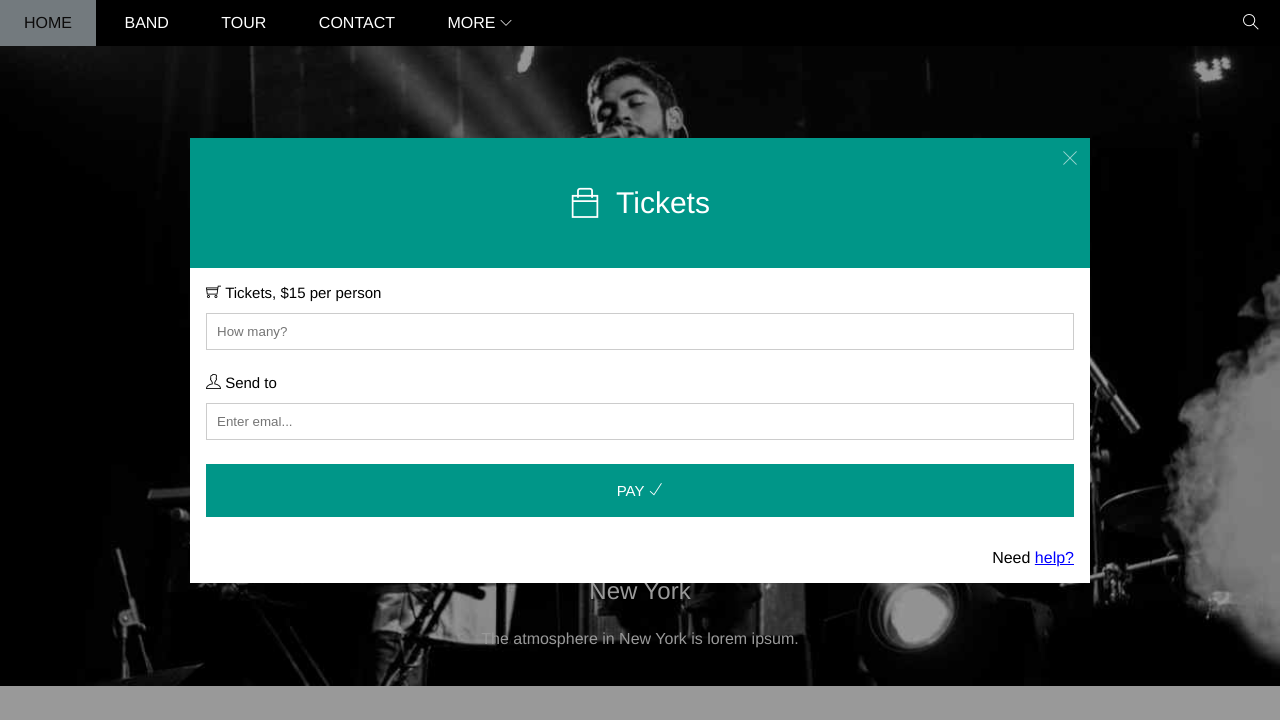
Repository: anhviet-key/hello-cac-ban
Page: HTMS_CSS ZERO 0/index.html
These files come from the project's save history. The page is drawn as it stood at one moment and after the next save; the edit follows.
The browser window is 1280 px wide. The pictures show the window.
A layer covers the whole window, so only the first screen is drawn.

Above is the page before, as saved 2021-10-07 22:40:38.

After the next save:
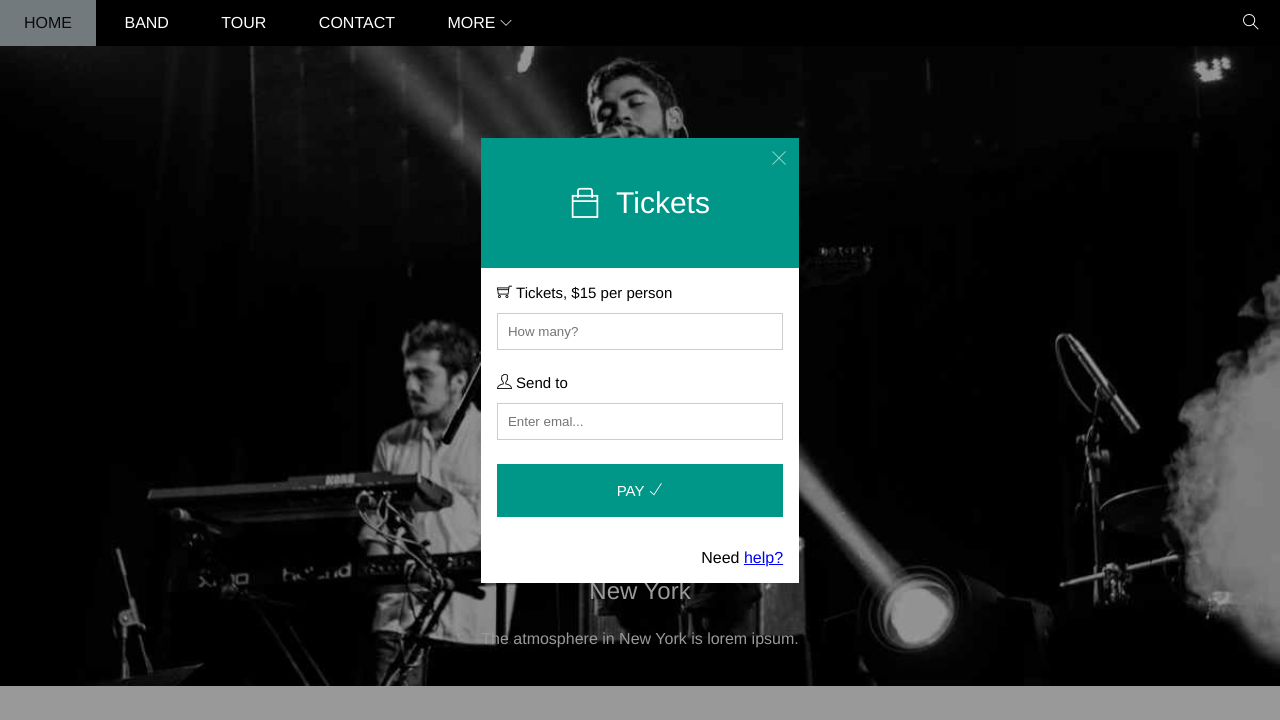
Saved 99 s later.
--- a/HTMS_CSS ZERO 0/assets/css/style.css
+++ b/HTMS_CSS ZERO 0/assets/css/style.css
@@ -278,7 +278,7 @@
 
 .model-container {
     background-color: #fff;
-    width: 900px;
+    max-width: 900px;
     min-height: 200px;
     position: relative;
 }

After the 6 saves that followed:
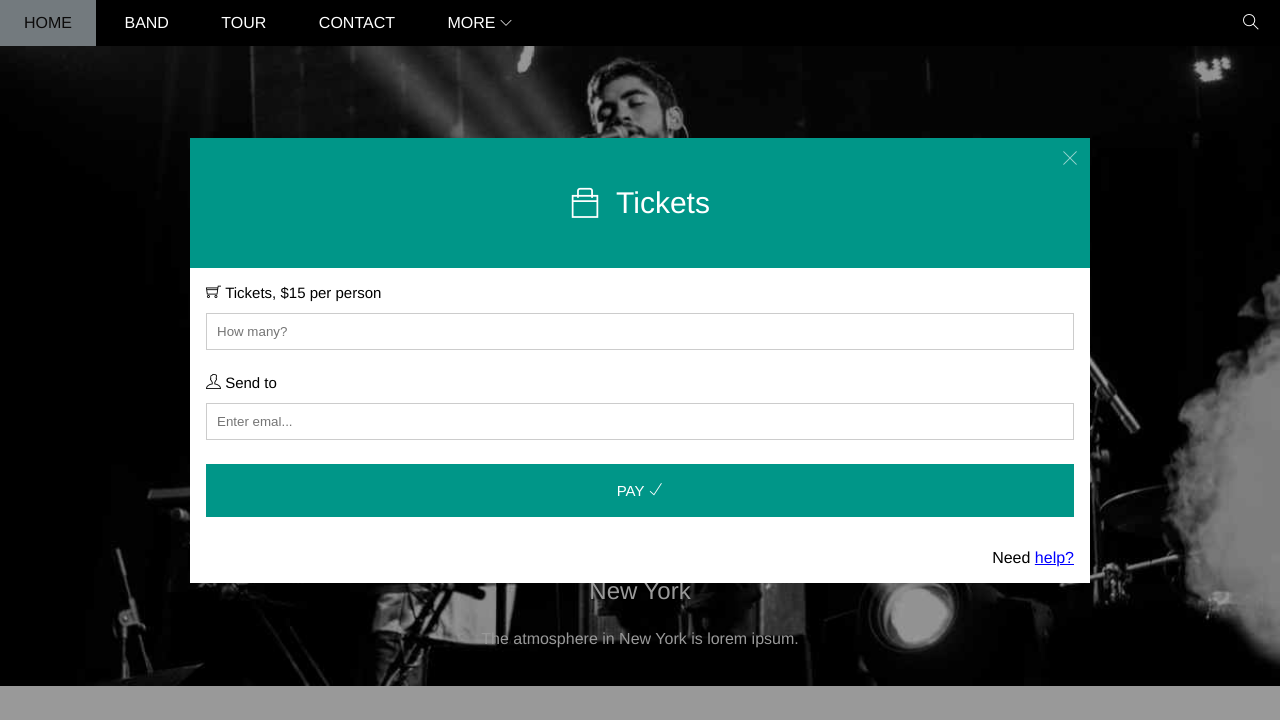
The 6 saves are shown as one change because 2 left the picture as it was and some came seconds apart.
The last was saved 39 s later.
--- a/HTMS_CSS ZERO 0/assets/css/style.css
+++ b/HTMS_CSS ZERO 0/assets/css/style.css
@@ -278,7 +278,7 @@
 
 .model-container {
     background-color: #fff;
-    max-width: 900px;
+    width: 900px;
     min-height: 200px;
     position: relative;
 }
